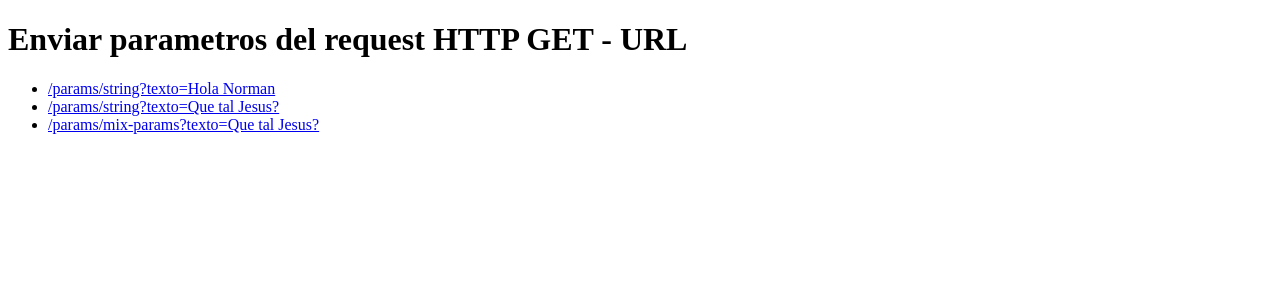
Repository: Norman-Cordova/SpringBootGuzman
Page: http://localhost/params/index
The author's editor kept a copy of each file at every save. The page is drawn from the files as they stood at one save, then again after the next save.
The browser window is 1280 px wide. The pictures show the whole page.
The page is this project's Thymeleaf template; nobody is signed in. The template is opened directly, without the code that normally fills it, so the values that code supplies are empty.

Above is the page before, as saved 2023-03-11 20:40:46.

After the next save:
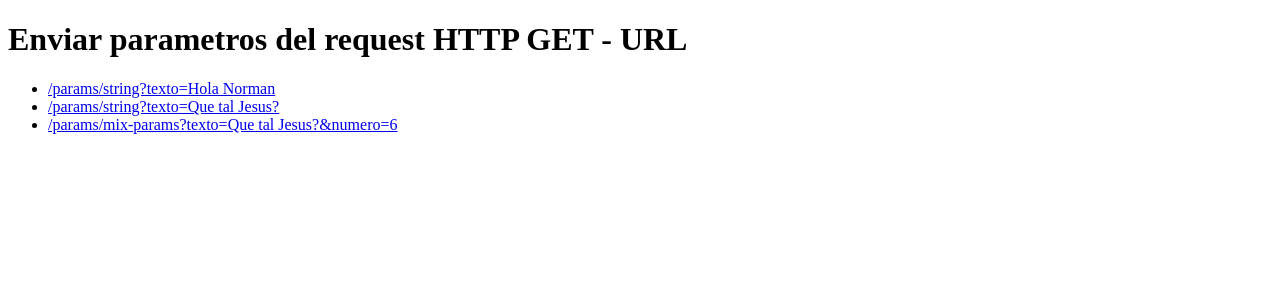
Saved 27 s later.
--- a/spring-boot-web/src/main/resources/templates/params/index.html
+++ b/spring-boot-web/src/main/resources/templates/params/index.html
@@ -11,8 +11,8 @@
 				Norman</a></li>
 		<li><a th:href="@{/params/string(texto='Que tal Jesus?')}">/params/string?texto=Que
 				tal Jesus?</a></li>
-		<li><a th:href="@{/params/mix-params(saludo='Que tal Jesus?',numero=6)}">/params/mix-params?texto=Que
-				tal Jesus?</a></li>
+		<li><a th:href="@{/params/mix-params(saludo='Como estas Jesus?',numero=6)}">/params/mix-params?texto=Que
+				tal Jesus?&numero=6</a></li>
 	</ul>
 </body>
 </html>
